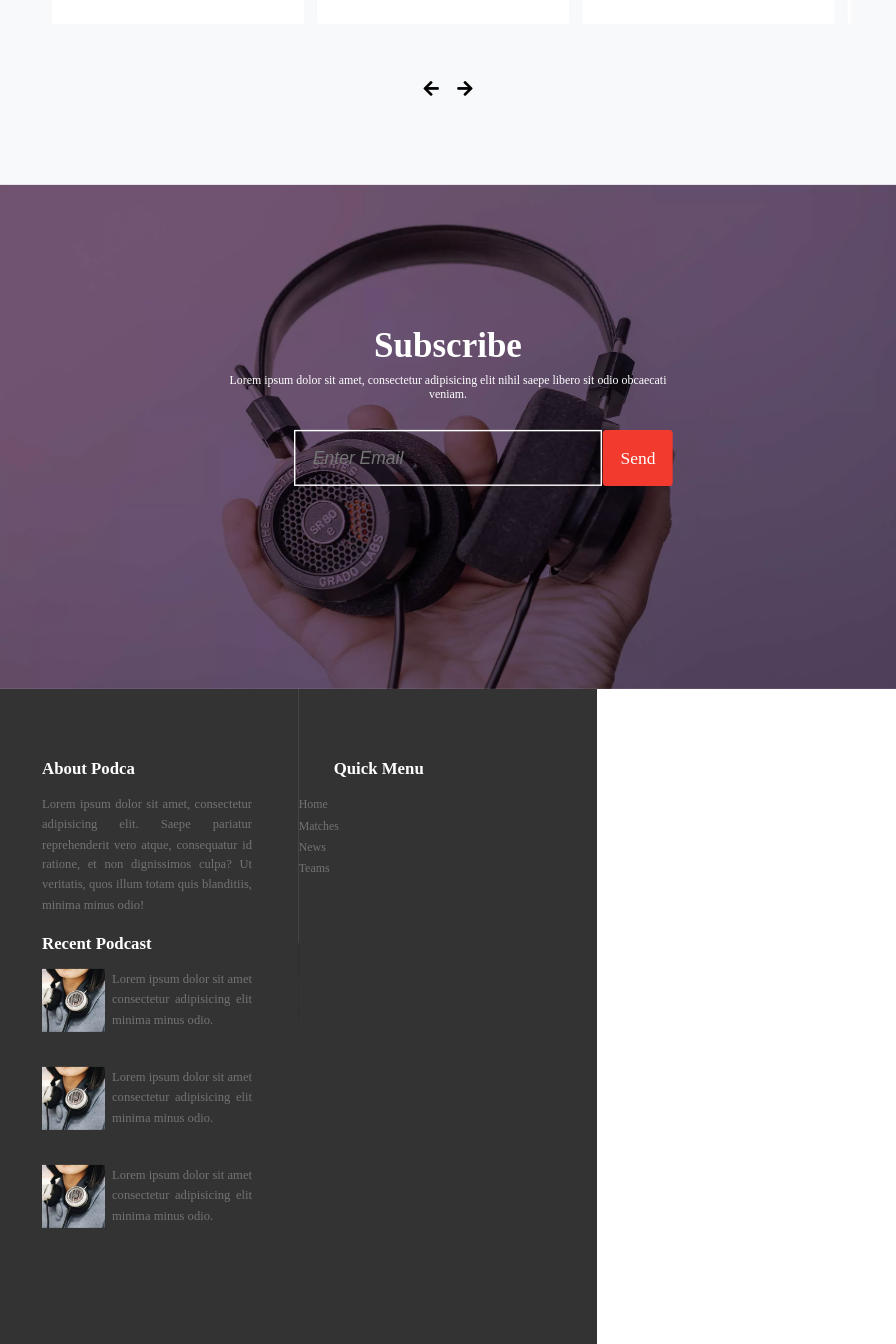
Repository: nhutduy0803/template2
Page: index.html
An editor plug-in stored every save of this project. The page is shown before and after the next save, followed by the edit.
The browser window is 1280 px wide. The pictures show the part of the page from y = 4533 to 6453 px (the page is 6453 px tall), at 70% of full size.

Above is the page before, as saved 2021-12-10 19:00:11.

### index.html
<!DOCTYPE html>
<html lang="en">
  <head>
    <meta charset="UTF-8" />
    <meta http-equiv="X-UA-Compatible" content="IE=edge" />
    <meta name="viewport" content="width=device-width, initial-scale=1.0" />
    <link rel="stylesheet" href="./assets/css/style.css" />
    <link
      rel="stylesheet"
      href="./assets/css/font/fontawesome-free-5.15.4-web/css/all.min.css"
    />
    <title>Document</title>
  </head>
  <body>
    <script src="./main.js"></script>
    <div class="slider">
      <h2>Podca</h2>
      <img
        src="./assets/css/img/xhero_bg_1.jpg.pagespeed.ic.EJCcE-mhd6.webp"
        alt=""
      />
      <h3>Episode 09: How To Create Web Page Using Bootstrap 4</h3>
      <span>By Mike Smith | 16 September 2017 | 1:30:20</span>
      <div class="subslider">READ THE TRANSCRIPT</div>
      <div class="menu" onclick="openmenu()">
        <i class="fas fa-bars"></i>
      </div>
      <div class="sub-menu">
        <i class="fas fa-times" onclick="closemenu()"></i>
        <div class="home-menu">
          <p>Home</p>
          <i onclick="subhome()" class="fas fa-caret-down"></i>

          <div class="sub-home">
            <li>Menu One</li>
            <li>Menu Two</li>
            <li>Menu Three</li>
            <li>Sub Menu</li>
          </div>
          <div class="drop-down">
            <p>DropDown</p>
            <i onclick="subdropdown() " class="fas fa-caret-down"></i>
            <div class="sub-dropdown">
              <li>Menu One</li>
              <li>Menu two</li>
              <li>Menu three</li>
            </div>
          </div>

          <p>About</p>
          <p>Contact</p>
        </div>
      </div>
    </div>
    <div class="audio">
      <audio class="audio-one" controls>
        <source src="" type="audio/ogg" />
        <source src="" type="audio/mpeg" />
      </audio>
    </div>
    <div class="RecentPodcasts">
      <h2>Recent Podcasts</h2>
      <div class="container">
        <div class="img-pod">
          <img src="./assets/css/img/pod1.webp" alt="" />
        </div>
        <div class="content-pod">
          <h3>Episode 08: How To Create Web Page Using Bootstrap 4</h3>
          <span>By Mike Smith / 16 September 2017 / 1:30:20</span>
          <p>
            Lorem ipsum dolor sit amet, consectetur adipisicing elit. Corrupti
            repellat mollitia consequatur, optio nesciunt placeat. Iste
            voluptates excepturi tenetur, nesciunt.
          </p>
          <audio class="audiopod" controls>
            <source src="" type="audio/mpeg" />
          </audio>
        </div>
      </div>
      <div class="container">
        <div class="img-pod">
          <img src="./assets/css/img/pod2.webp" alt="" />
        </div>
        <div class="content-pod">
          <h3>Episode 07: How To Create Web Page Using Bootstrap 4</h3>
          <span>By Mike Smith / 16 September 2017 / 1:30:20</span>
          <p>
            Lorem ipsum dolor sit amet, consectetur adipisicing elit. Corrupti
            repellat mollitia consequatur, optio nesciunt placeat. Iste
            voluptates excepturi tenetur, nesciunt.
          </p>
          <audio class="audiopod" controls>
            <source src="" type="audio/mpeg" />
          </audio>
        </div>
      </div>
      <div class="container">
        <div class="img-pod">
          <img src="./assets/css/img/pod3.webp" alt="" />
        </div>
        <div class="content-pod">
          <h3>Episode 06: How To Create Web Page Using Bootstrap 4</h3>
          <span>By Mike Smith / 16 September 2017 / 1:30:20</span>
          <p>
            Lorem ipsum dolor sit amet, consectetur adipisicing elit. Corrupti
            repellat mollitia consequatur, optio nesciunt placeat. Iste
            voluptates excepturi tenetur, nesciunt.
          </p>
          <audio class="audiopod" controls>
            <source src="" type="audio/mpeg" />
          </audio>
        </div>
      </div>
      <div class="container">
        <div class="img-pod">
          <img src="./assets/css/img/pod4.webp" alt="" />
        </div>
        <div class="content-pod">
          <h3>Episode 05: How To Create Web Page Using Bootstrap 4</h3>
          <span>By Mike Smith / 16 September 2017 / 1:30:20</span>
          <p>
            Lorem ipsum dolor sit amet, consectetur adipisicing elit. Corrupti
            repellat mollitia consequatur, optio nesciunt placeat. Iste
            voluptates excepturi tenetur, nesciunt.
          </p>
          <audio class="audiopod" controls>
            <source src="" type="audio/mpeg" />
          </audio>
        </div>
      </div>
      <div class="container">
        <div class="img-pod">
          <img src="./assets/css/img/pod5.webp" alt="" />
        </div>
        <div class="content-pod">
          <h3>Episode 04: How To Create Web Page Using Bootstrap 4</h3>
          <span>By Mike Smith / 16 September 2017 / 1:30:20</span>
          <p>
            Lorem ipsum dolor sit amet, consectetur adipisicing elit. Corrupti
            repellat mollitia consequatur, optio nesciunt placeat. Iste
            voluptates excepturi tenetur, nesciunt.
          </p>
          <audio class="audiopod" controls>
            <source src="" type="audio/mpeg" />
          </audio>
        </div>
      </div>
    </div>
    <div class="list-pod">
      <li><i class="fas fa-chevron-left"></i></li>
      <li>1</li>
      <li>2</li>
      <li>3</li>
      <li>4</li>
      <li>5</li>
      <li><i class="fas fa-chevron-right"></i></li>
    </div>
    <div class="BehindTheMic">
      <h2>Behind The Mic</h2>
      <div class="container-behind">
        <div class="picture-behind">
          <img src="./assets/css/img/behind1.webp" alt="" />
        </div>
        <div class="content-behind">
          <h2>Megan Smith</h2>
          <span>Creative Director</span>
          <p>
            Lorem ipsum dolor sit amet consectetur adipisicing elit ullam
            reprehenderit nemo.
          </p>
          <div class="icon-behind">
            <i class="fab fa-facebook-square"></i>
            <i class="fab fa-twitter"></i>
            <i class="fab fa-invision"></i>
          </div>
        </div>

        <div class="picture-behind">
          <img src="./assets/css/img/behind2.webp" alt="" />
        </div>
        <div class="content-behind2">
          <h2>Brooke Cagle</h2>
          <span>Creative Director</span>
          <p>
            Lorem ipsum dolor sit amet consectetur adipisicing elit ullam
            reprehenderit nemo.
          </p>
          <div class="icon-behind">
            <i class="fab fa-facebook-square"></i>
            <i class="fab fa-twitter"></i>
            <i class="fab fa-invision"></i>
          </div>
        </div>
        <div class="picture-behind">
          <img src="./assets/css/img/behind3.webp" alt="" />
        </div>
        <div class="content-behind3">
          <h2>Philip Martin</h2>
          <span>Creative Director</span>
          <p>
            Lorem ipsum dolor sit amet consectetur adipisicing elit ullam
            reprehenderit nemo.
          </p>
          <div class="icon-behind">
            <i class="fab fa-facebook-square"></i>
            <i class="fab fa-twitter"></i>
            <i class="fab fa-invision"></i>
          </div>
        </div>
        <div class="picture-behind">
          <img src="./assets/css/img/behind4.webp" alt="" />
        </div>
        <div class="content-behind4">
          <h2>Steven Ericson</h2>
          <span>Creative Director</span>
          <p>
            Lorem ipsum dolor sit amet consectetur adipisicing elit ullam
            reprehenderit nemo.
          </p>
          <div class="icon-behind">
            <i class="fab fa-facebook-square"></i>
            <i class="fab fa-twitter"></i>
            <i class="fab fa-invision"></i>
          </div>
        </div>
        <div class="picture-behind">
          <img src="./assets/css/img/behind5.webp" alt="" />
        </div>
        <div class="content-behind5">
          <h2>Nathan Dumlao</h2>
          <span>Creative Director</span>
          <p>
            Lorem ipsum dolor sit amet consectetur adipisicing elit ullam
            reprehenderit nemo.
          </p>
          <div class="icon-behind">
            <i class="fab fa-facebook-square"></i>
            <i class="fab fa-twitter"></i>
            <i class="fab fa-invision"></i>
          </div>
        </div>
        <div class="picture-behind">
          <img src="./assets/css/img/behind6.webp" alt="" />
        </div>
        <div class="content-behind6">
          <h2>Brooke Cagle</h2>
          <span>Creative Director</span>
          <p>
            Lorem ipsum dolor sit amet consectetur adipisicing elit ullam
            reprehenderit nemo.
          </p>
          <div class="icon-behind">
            <i class="fab fa-facebook-square"></i>
            <i class="fab fa-twitter"></i>
            <i class="fab fa-invision"></i>
          </div>
        </div>
      </div>
      <!-- <div class="container-behind">
        <div class="picture-behind">
          <img src="./assets/css/img/behind1.webp" alt="" />
        </div>
      </div>
      <div class="container-behind">
        <div class="picture-behind">
          <img src="./assets/css/img/behind1.webp" alt="" />
        </div>
      </div>
      <div class="container-behind">
        <div class="picture-behind">
          <img src="./assets/css/img/behind1.webp" alt="" />
        </div>
      </div>
      <div class="container-behind">
        <div class="picture-behind">
          <img src="./assets/css/img/behind1.webp" alt="" />
        </div>
      </div>
      <div class="container-behind">
        <div class="picture-behind">
          <img src="./assets/css/img/behind1.webp" alt="" />
        </div>
      </div> -->
    </div>

    <div class="FeaturedGuests">
      <h2>Featured Guests</h2>
      <div class="slide-feture">
        <div class="container-feature">
          <div class="box-feture">
            <div class="img-feture">
              <img src="./assets/css/img/behind1.webp" alt="" />
            </div>
            <div class="content-feature">
              <span>Megan Smith</span>
              <p>
                Lorem ipsum dolor sit amet, consectetur adipisicing elit. Et,
                iusto. Aliquam illo, cum sed ea? Ducimus quos, ea?
              </p>
            </div>
          </div>
          <div class="box-feture">
            <div class="img-feture">
              <img src="./assets/css/img/behind2.webp" alt="" />
            </div>
            <div class="content-feature">
              <span>Brooke Cagle</span>
              <p>
                Lorem ipsum dolor sit amet, consectetur adipisicing elit. Et,
                iusto. Aliquam illo, cum sed ea? Ducimus quos, ea?
              </p>
            </div>
          </div>
          <div class="box-feture">
            <div class="img-feture">
              <img src="./assets/css/img/behind3.webp" alt="" />
            </div>
            <div class="content-feature">
              <span>Philip Martin</span>
              <p>
                Lorem ipsum dolor sit amet, consectetur adipisicing elit. Et,
                iusto. Aliquam illo, cum sed ea? Ducimus quos, ea?
              </p>
            </div>
          </div>
          <div class="box-feture">
            <div class="img-feture">
              <img src="./assets/css/img/behind4.webp" alt="" />
            </div>
            <div class="content-feature">
              <span>Steven Ericson</span>
              <p>
                Lorem ipsum dolor sit amet, consectetur adipisicing elit. Et,
                iusto. Aliquam illo, cum sed ea? Ducimus quos, ea?
              </p>
            </div>
          </div>
          <div class="box-feture">
            <div class="img-feture">
              <img src="./assets/css/img/behind5.webp" alt="" />
            </div>
            <div class="content-feature">
              <span>Nathan Dumlao</span>
              <p>
                Lorem ipsum dolor sit amet, consectetur adipisicing elit. Et,
                iusto. Aliquam illo, cum sed ea? Ducimus quos, ea?
              </p>
            </div>
          </div>
          <div class="box-feture">
            <div class="img-feture">
              <img src="./assets/css/img/behind6.webp" alt="" />
            </div>
            <div class="content-feature">
              <span>Brook Smith</span>
              <p>
                Lorem ipsum dolor sit amet, consectetur adipisicing elit. Et,
                iusto. Aliquam illo, cum sed ea? Ducimus quos, ea?
              </p>
            </div>
          </div>
        </div>
      </div>

      <div class="icon-feture">
        <i class="fas fa-arrow-left"></i>
        <i class="fas fa-arrow-right"></i>
      </div>
    </div>
    <script>
      var slide = document.querySelector(".container-feature");
      var leftarow = document.querySelector(".fa-arrow-left");
      var rightarow = document.querySelector(".fa-arrow-right");
      let x = 0;
      leftarow.onclick = function () {
        if (x > "-1000") {
          x = x - 380;
          slide.style.left = x + "px";
        }
      };
      rightarow.onclick = function () {
        if (x < "0") {
          x = x + 380;
          slide.style.left = x + "px";
        }
      };
    </script>
    <div class="footer">
      <div class="img-footer">
        <img
          src="./assets/css/img/xhero_bg_1.jpg.pagespeed.ic.EJCcE-mhd6.webp"
          alt=""
        />
      </div>
      <h2>Subscribe</h2>
      <p>
        Lorem ipsum dolor sit amet, consectetur adipisicing elit nihil saepe
        libero sit odio obcaecati veniam.
      </p>
      <div class="input-footer">
        <input placeholder="Enter Email" type="email" />
      </div>
      <div class="send-input">Send</div>
    </div>
    <div class="footer-right">
      <h2>About Podca</h2>
      <p>
        Lorem ipsum dolor sit amet, consectetur adipisicing elit. Saepe pariatur
        reprehenderit vero atque, consequatur id ratione, et non dignissimos
        culpa? Ut veritatis, quos illum totam quis blanditiis, minima minus
        odio!
      </p>
      <div class="RecentPodcast-footer">
        <h2>Recent Podcast</h2>
        <div class="container-podcast">
          <div class="img-podcast">
            <img src="./assets/css/img/podcards.webp" alt="" />
          </div>
          <div class="content-podcards">
            <p>
              Lorem ipsum dolor sit amet consectetur adipisicing elit minima
              minus odio.
            </p>
          </div>
        </div>
        <div class="container-podcast">
          <div class="img-podcast">
            <img src="./assets/css/img/podcards.webp" alt="" />
          </div>
          <div class="content-podcards">
            <p>
              Lorem ipsum dolor sit amet consectetur adipisicing elit minima
              minus odio.
            </p>
          </div>
        </div>
        <div class="container-podcast">
          <div class="img-podcast">
            <img src="./assets/css/img/podcards.webp" alt="" />
          </div>
          <div class="content-podcards">
            <p>
              Lorem ipsum dolor sit amet consectetur adipisicing elit minima
              minus odio.
            </p>
          </div>
        </div>
      </div>
    </div>
    <div class="footer-align">
      <h2>Quick Menu</h2>
      <div class="quickmenu-rigth">
        <li>Home</li>
        <li>Matches</li>
        <li>News</li>
        <li>Teams</li>
      </div>
    </div>
  </body>
</html>

Loaded but not shown: assets/css/font/fontawesome-free-5.15.4-web/css/all.min.css (library); main.js (19 lines, source omitted); assets/css/style.css (906 lines, source omitted)

After the next save:
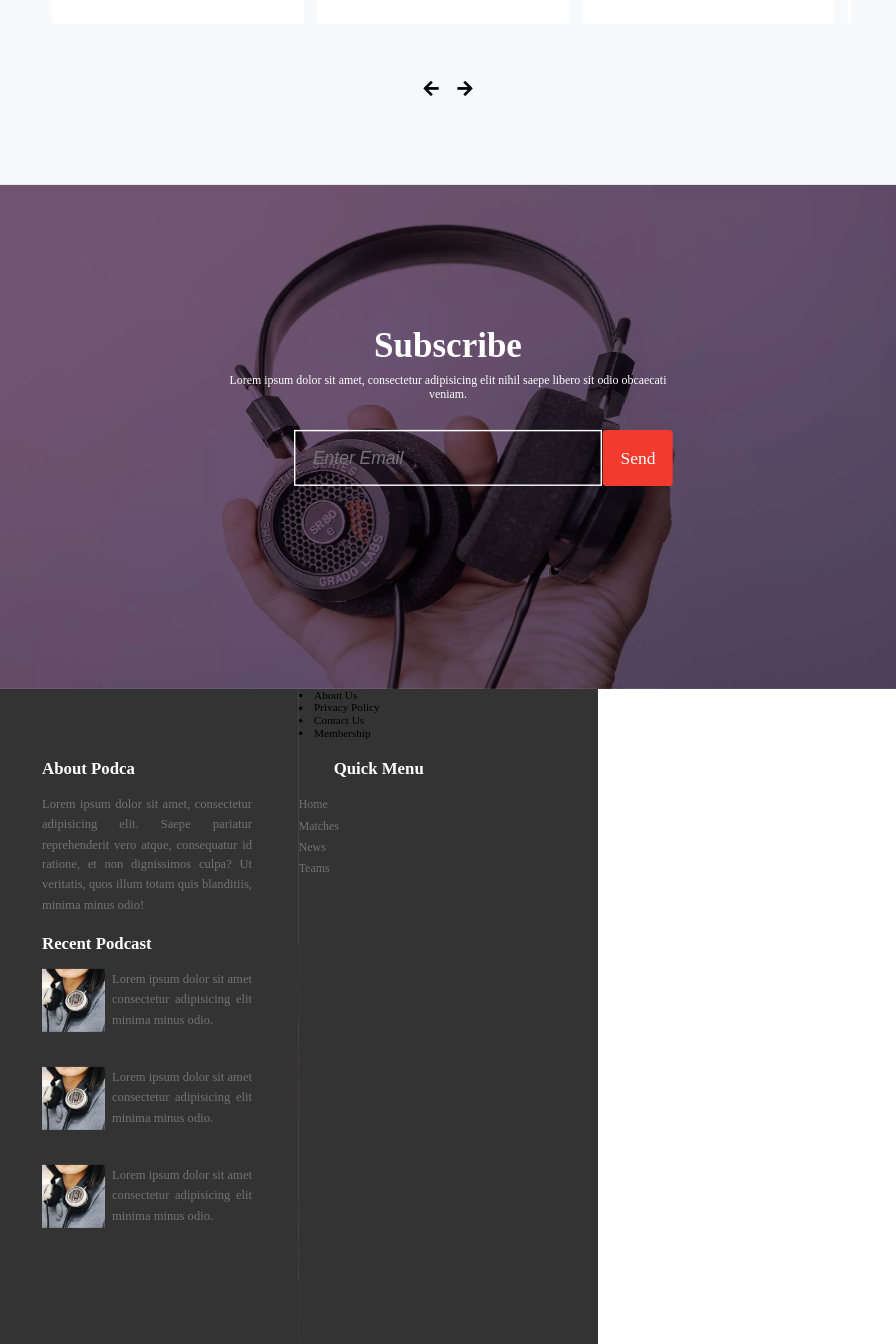
Saved 65 s later.
--- a/index.html
+++ b/index.html
@@ -455,6 +455,12 @@
         <li>News</li>
         <li>Teams</li>
       </div>
+      <div class="quickmenu-left">
+        <li>About Us</li>
+        <li>Privacy Policy</li>
+        <li>Contact Us</li>
+        <li>Membership</li>
+      </div>
     </div>
   </body>
 </html>
